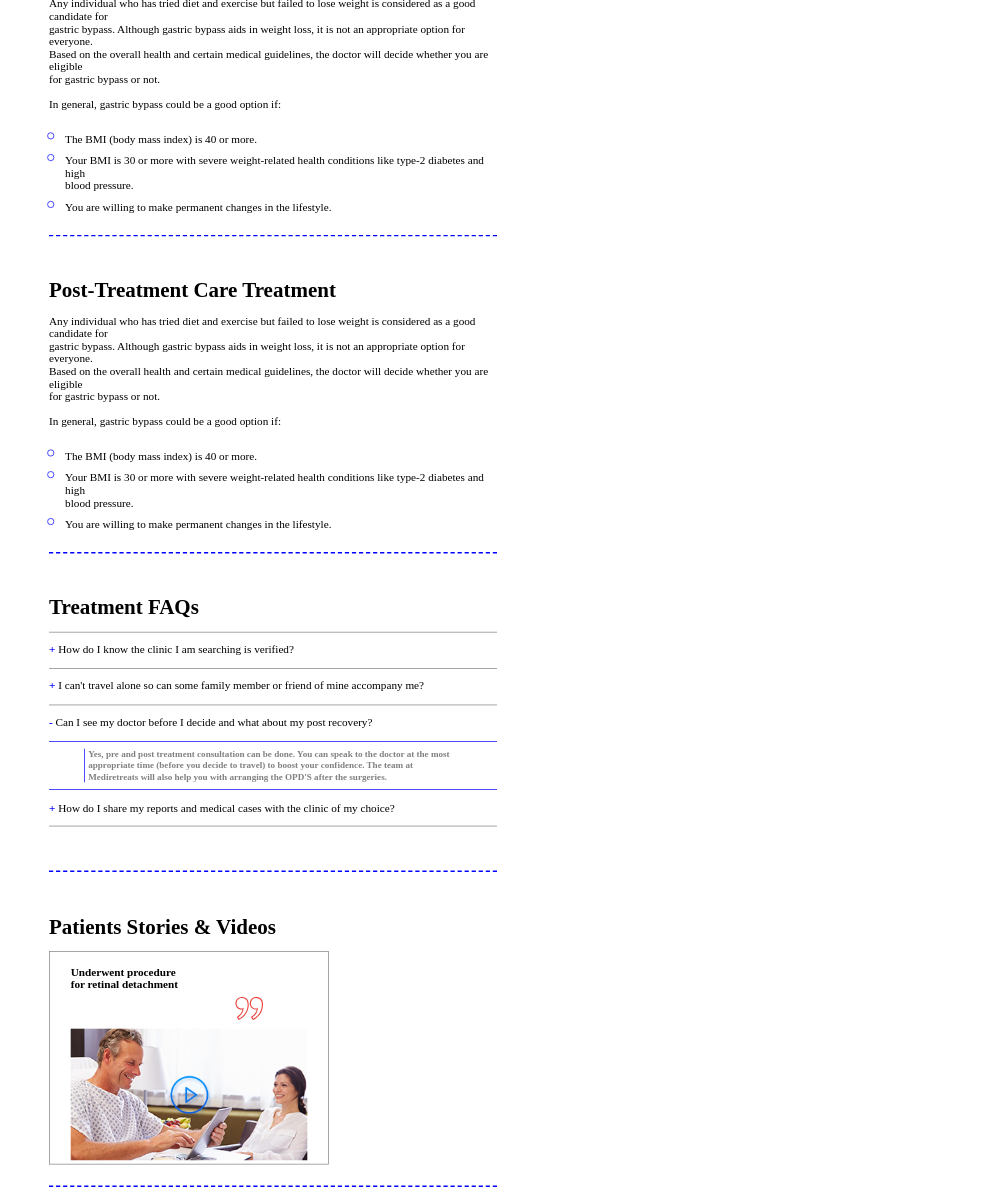
Repository: hetuk2005/webDevelopment
Page: Projects/Aafiya.html
An editor plug-in stored every save of this project. The page is shown before and after the next save, followed by the edit.
The browser window is 1280 px wide. The page is 1438 px wide, so the pictures cover 1438 px, including what lies to the right of the window. The pictures show the part of the page from y = 2812 to 4532 px (the page is 4517 px tall before and 4532 px after), at 70% of full size.

Above is the page before, as saved 2025-04-08 11:04:11.

After the next save:
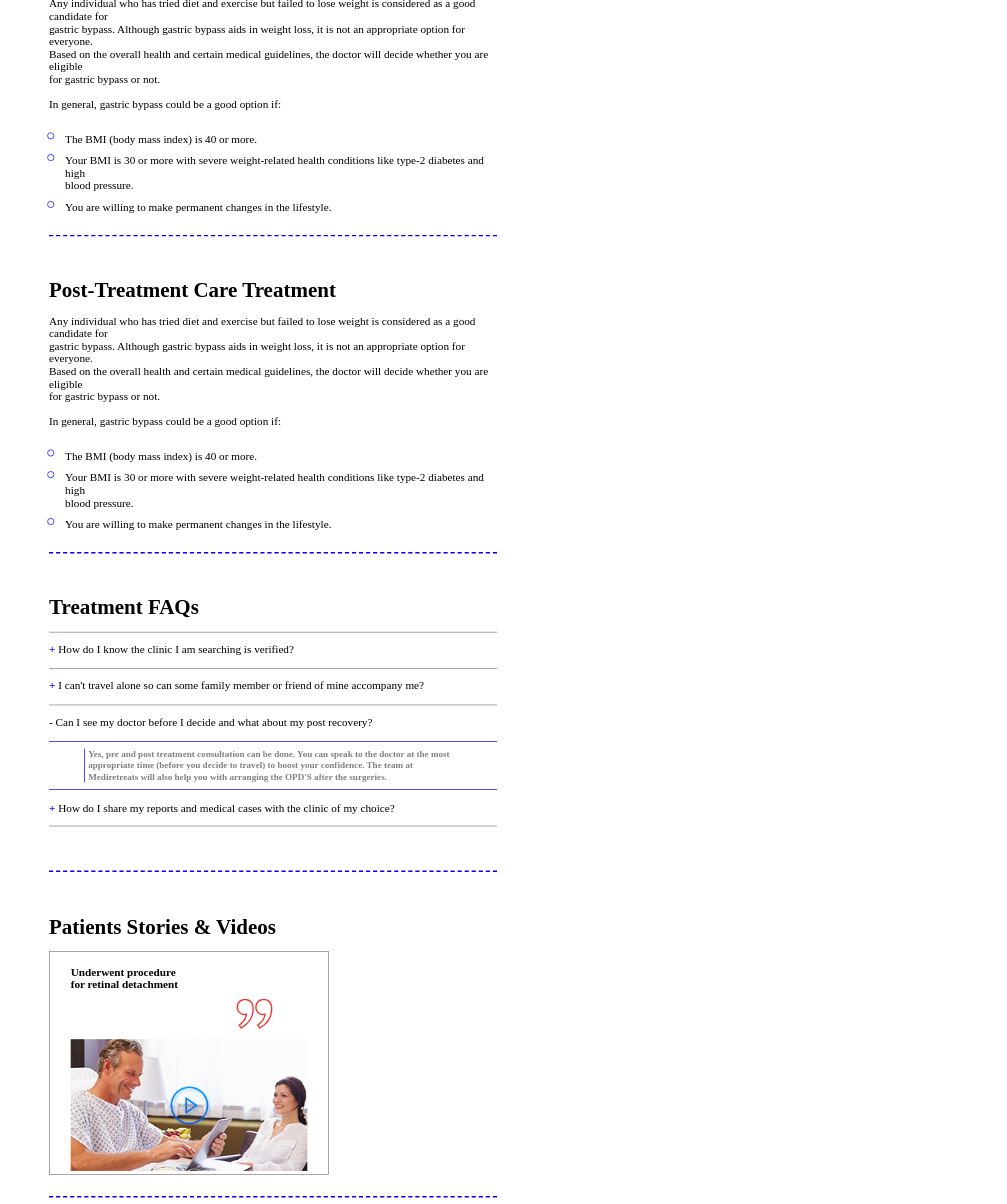
Saved 10 s later.
--- a/Projects/CSS/Aafiya.css
+++ b/Projects/CSS/Aafiya.css
@@ -525,8 +525,8 @@ span {
 }
 
 .patient_stories>.stories_img>.text1>.stories_text>.quotes {
-    height: 50px;
-    width: 50px;
+    height: 65px;
+    width: 65px;
     margin-left: 230px;
     object-fit: contain;
 }
